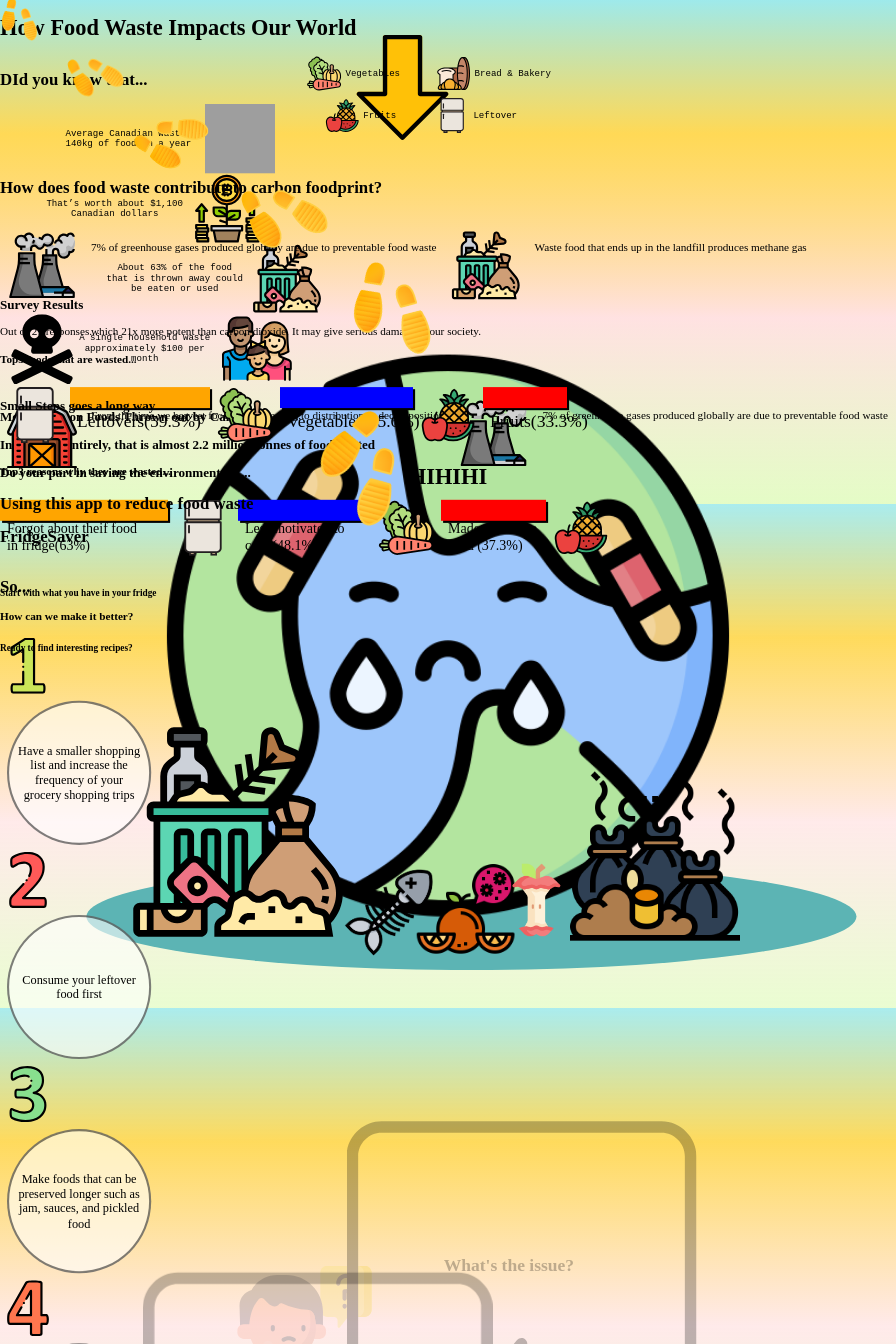
Repository: iorid3/Midterm
Page: index.html
An editor plug-in stored every save of this project. The page is shown before and after a run of saves, followed by the edit.
The browser window is 1280 px wide. The pictures show the part of the page from y = 0 to 1920 px (the page is 2317 px tall before and 3410 px after), at 70% of full size.
Pictures or frames that could not be fetched are drawn as grey boxes.

Above is the page before, as saved 2021-03-09 11:11:36.

After the next 2 saves:
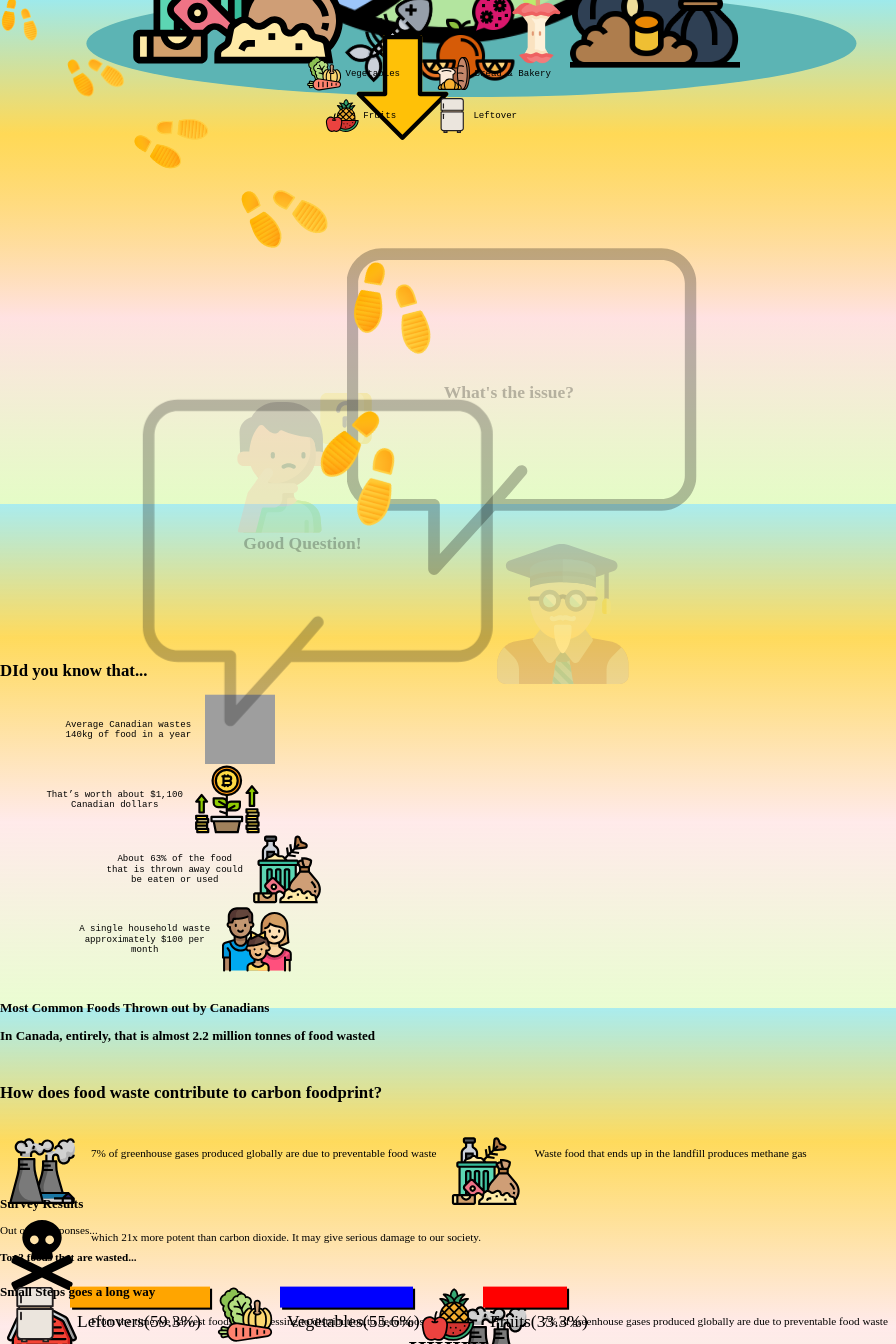
The 2 saves are shown as one change because they came seconds apart.
The last was saved 12 s later.
--- a/index.css
+++ b/index.css
@@ -14,13 +14,11 @@ html,body{
 
 .section1{
     width: 100%;
-    height:10%;
     flex-grow:1;
 }
 
 .section2{
     width: 100%;
-    height:20%;
     flex-grow:1;
 }
 
